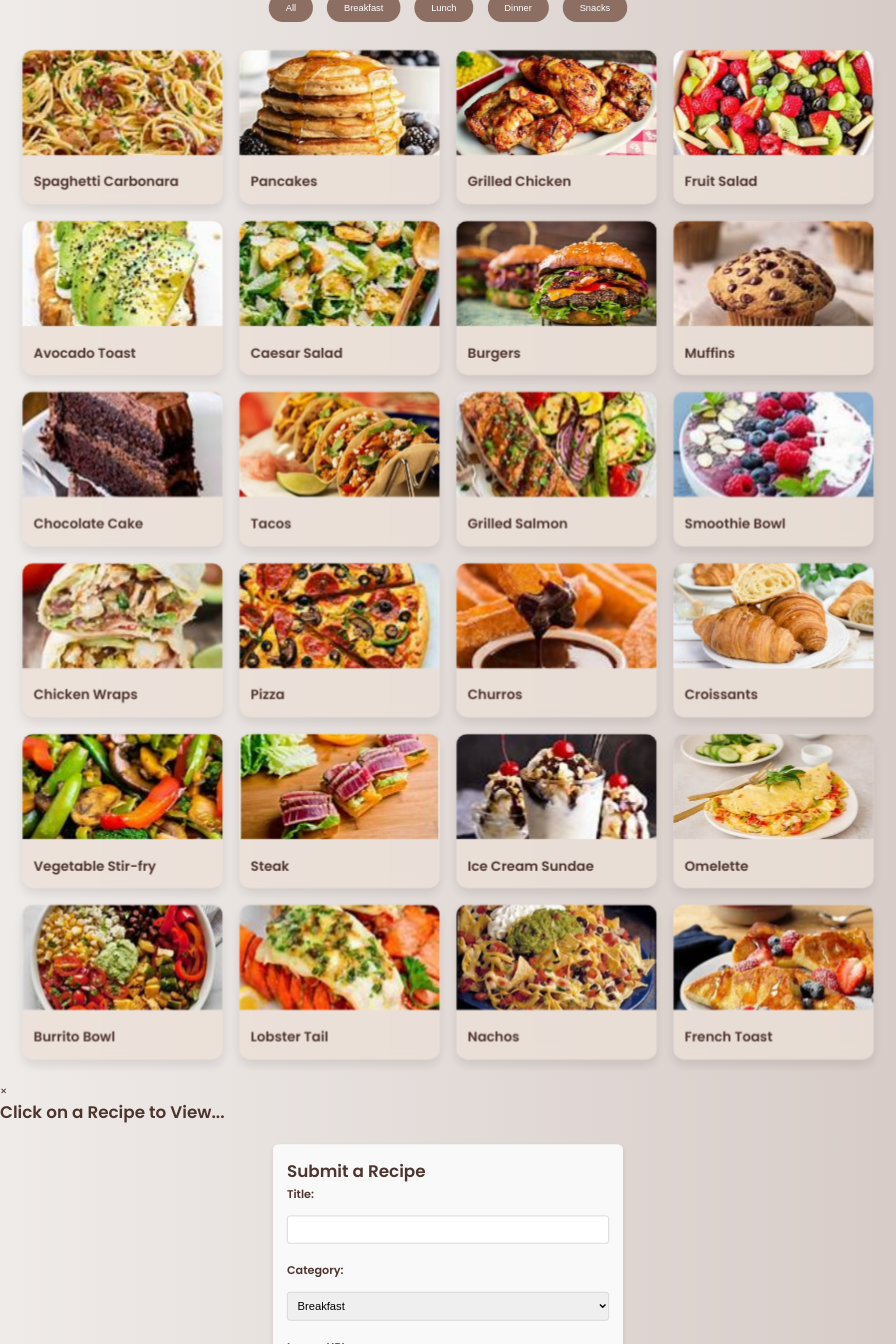
Repository: Patience225/recipe-app
Page: index.html
The author's editor kept a copy of each file at every save. The page is drawn from the files as they stood at one save, then again after a run of saves.
The browser window is 1280 px wide. The pictures show the part of the page from y = 552 to 2472 px (the page is 2750 px tall before and 2780 px after), at 70% of full size.

Above is the page before, as saved 2025-01-30 02:43:36.

After the next 3 saves:
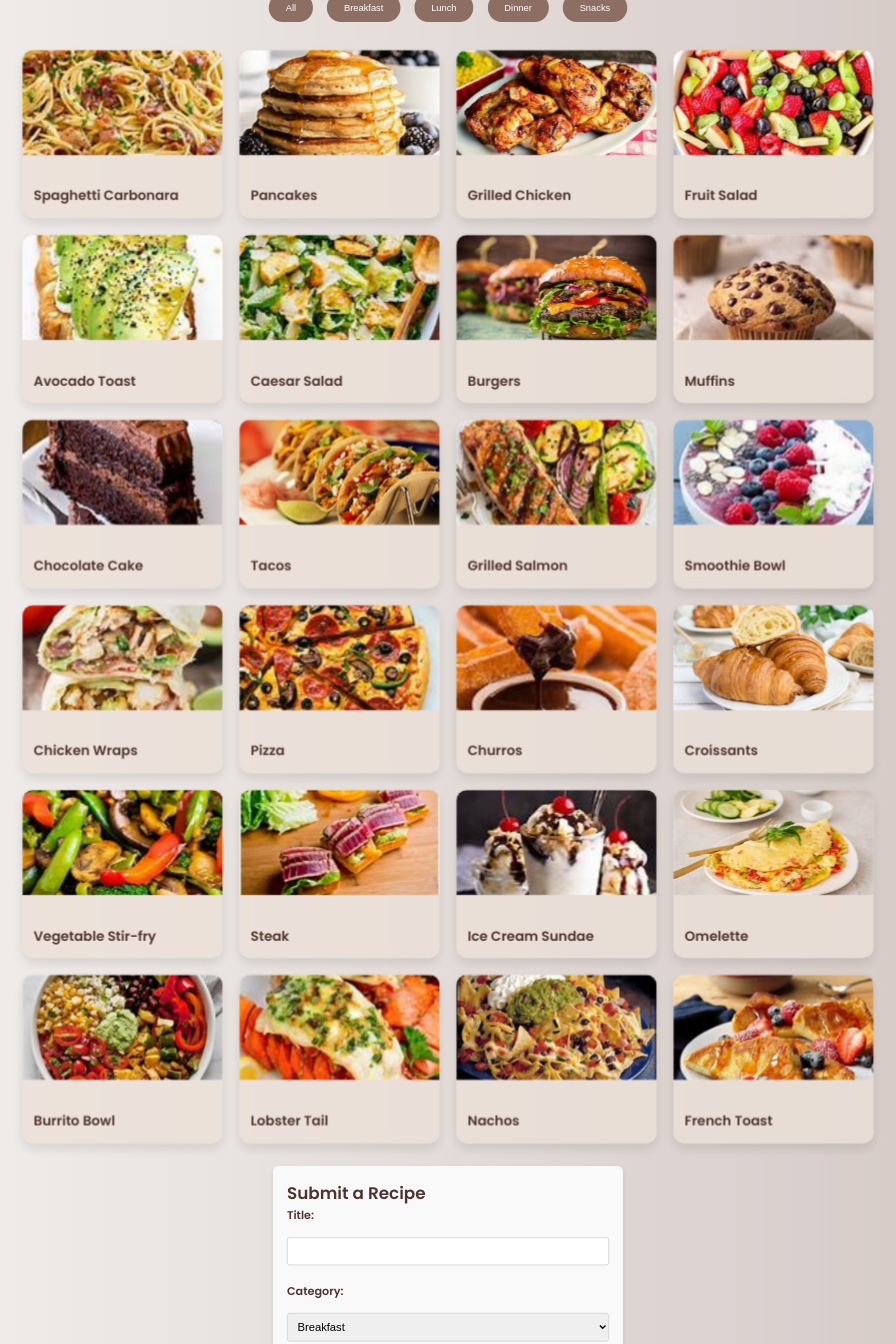
The 3 saves are shown as one change because they came seconds apart.
The last was saved 10 min 33 s later.
--- a/styles.css
+++ b/styles.css
@@ -203,3 +203,54 @@ body.dark-theme footer {
   flex-direction: column;
   gap: 10px;
 }
+
+/* Modal styling */
+.modal {
+  display: none;
+  position: fixed;
+  z-index: 1;
+  left: 0;
+  top: 0;
+  width: 100%;
+  height: 100%;
+  overflow: auto;
+  background-color: rgba(0, 0, 0, 0.5);
+}
+
+.modal-content {
+  background-color: #fefefe;
+  margin: 10% auto;
+  padding: 20px;
+  border: 1px solid #888;
+  width: 80%;
+  max-width: 600px;
+  border-radius: 8px;
+}
+
+.close-btn {
+  color: #aaa;
+  float: right;
+  font-size: 28px;
+  font-weight: bold;
+}
+
+.close-btn:hover,
+.close-btn:focus {
+  color: black;
+  text-decoration: none;
+  cursor: pointer;
+}
+
+#modal-image {
+  width: 100%;
+  height: auto;
+  margin-bottom: 20px;
+}
+
+h3 {
+  margin-top: 20px;
+}
+
+ul, ol {
+  margin-left: 20px;
+}
